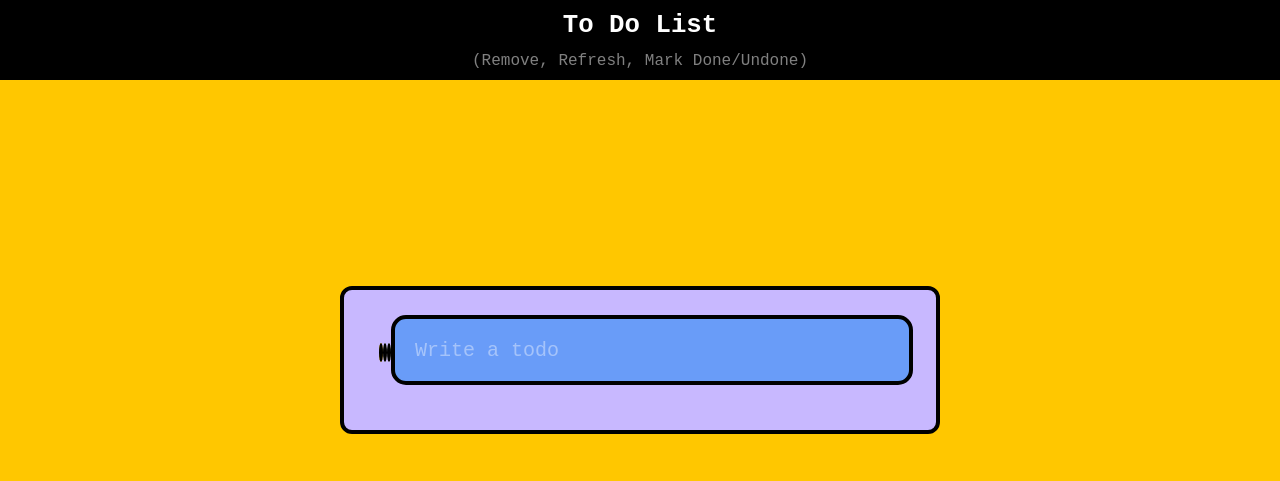
Repository: ThisIsSahaj/Js-Projects
Page: ToDoList/index.html
An editor plug-in stored every save of this project. The page is shown before and after the next save, followed by the edit.
The browser window is 1280 px wide. The pictures show the whole page.

Above is the page before, as saved 2024-04-24 09:55:33.

### ToDoList/index.html
<!DOCTYPE html>
<html lang="en">
<head>
    <meta charset="UTF-8">
    <meta http-equiv="X-UA-Compatible" content="IE=edge">
    <meta name="viewport" content="width=device-width, initial-scale=1.0">
    <title>To Do List</title>
    <link rel="stylesheet" href="style.css">
    <link rel="stylesheet" href="https://cdnjs.cloudflare.com/ajax/libs/font-awesome/6.0.0/css/all.min.css" integrity="sha512-9usAa10IRO0HhonpyAIVpjrylPvoDwiPUiKdWk5t3PyolY1cOd4DSE0Ga+ri4AuTroPR5aQvXU9xC6qOPnzFeg==" crossorigin="anonymous" referrerpolicy="no-referrer" />

</head>
<body>
    <div class="header">
       <h3>To Do List</h3>
        <p>(Remove, Refresh, Mark Done/Undone)</p>

    </div>
    <div class="box">
        <span style=" background-color: #FFC700; border: 2px solid black;"></span>
        <span style=" background-color: white; border: 2px solid black;" ></span>
        <span style=" background-color: white; border: 2px solid black;" ></span>
            <input type="text" placeholder="Write a todo" >
            <ul class="todoBox">

            </ul>

    </div>
</body>

<script src="script.js"></script>
</html>

### ToDoList/style.css
*{
    margin: 0;
    padding: 0;
    box-sizing: border-box;
    outline: none;
}

body{
    /* background-color: #000; */
    background-color: #FFC700;
    display: flex;
    flex-wrap: wrap;
    font-family: monospace;
}

.header{
    width: 100%;
    height: 80px;
    background-color: black;
    color: white;
    display: flex;
    flex-direction: column;
    align-items: center;
    justify-content: center;
    font-family: monospace;
    font-size: 22px;
    gap: 12px;
    /* border: 2px solid blue; */
}

.header p {
    color: grey;
    font-size: 16px;
}



.box{
    /* border: 2px solid red; */
    /* background-color: #C6B9FF;
    margin-top: 50px;
    width: 100%;
    display: flex;
    justify-content: center;
    align-items: center;
    flex-direction: column; */

    width: 600px;
    padding: 25px 35px;
    position: absolute;
    top: 50%;
    left: 50%;
    transform: translate(-50%,-50%);
    background-color: #C8B8FF;
    border: 4px solid black;
    color: black;
    border-radius: 12px;
    font-weight: bold;
}

.box span{
    border-radius: 50%;
    width: 160px;
    height: 160px;
    background-color: white;
}


input{
    width: 100%;
    height: 70px;
    border-radius: 15px;
    color: black;
    padding: 20px;
    font-size: 20px;
    font-family: monospace;
    background-color: #699CF8;
    border: 4px solid black;

}
::placeholder {
    color: white;
    opacity: 0.4;
  }


.todoBox{
    /* border: 2px solid red; */
    margin-top: 20px;
    list-style: none;
    width: 100%;
}



.todoBox li {
    position: relative;
    /* background-color: rgb(34, 34, 34); */
    background-color: white;
    color: black;
    /* box-shadow: 0px 3px 6px rgba(0, 0, 0, 0.05), 0px 8px 15px rgba(0, 0, 0, 0.1), 0 0 0 1px rgba(255, 255, 255, 0.1); */
    padding: 20px;
    border-radius: 15px;
    border: 3px solid black;



    /* transition: box-shadow 0.25s; */
    /* width: 100%; */
    /* height: 50px; */
    margin: 20px 0px;

    font-size: 16px;
    /* font-family: monospace; */
    padding-right: 45px;
    text-align: justify;
    user-select: none;

}

.todoBox li i {
    /* color: rgb(142, 142, 142); */
    color: #FF8477;
    -webkit-text-stroke: 0.5px #FF8477 ;
    position: absolute;
    right: 20px;
    cursor: pointer;
    /* top: 50%; */
    top: 20px;

}

.done{
    text-decoration: line-through;
    color: grey !important;

}

### ToDoList/script.js
const input = document.querySelector('input');
const todoBox = document.querySelector('.todoBox');



// ✅ LOCAL STORAGE
const updateLS = () => {
    const taskValue = document.querySelectorAll('li');

    const tasks = [];

    taskValue.forEach((curEle) => {
        return tasks.push(curEle.textContent.trim());
    });

    localStorage.setItem('tasks', JSON.stringify(tasks));
}




// ✅ ADD TASK
const addTask = (text) => {
    const task = document.createElement('li');

    const htmlData =
        ` <p>${text}</p>

          <i class="delete fa-regular fa-circle-xmark"></i> `
    task.insertAdjacentHTML('afterbegin', htmlData);
    todoBox.appendChild(task);


    // ✅ DELETE TASK
    const deleteBtn = task.querySelector('i');
    deleteBtn.addEventListener('click', ()=>{
    task.remove();
    updateLS();
    })


    // ✅ Mark a task DONE/UNDONE
    task.addEventListener('click', ()=>{
        task.classList.toggle('done');
    })
}





// ✅ GET THE INPUT
input.addEventListener('keyup', (event)=>{

    // to know which key is being pressed
   // console.log(event.key);

  if (event.key == 'Enter') {

    // to get the value written in input
    // console.log(input.value);

      addTask(input.value);
      updateLS();

      //to clear the value written in input after ENTER
      input.value = "";

    }
})






// ✅ GETTING DATA BACK FROM LOCAL SOTRAGE
const taskAvailable = JSON.parse(localStorage.getItem('tasks'));

if(taskAvailable)
{
    taskAvailable.forEach((curTask) =>
    {
        addTask(curTask);
    })};

After the next save:
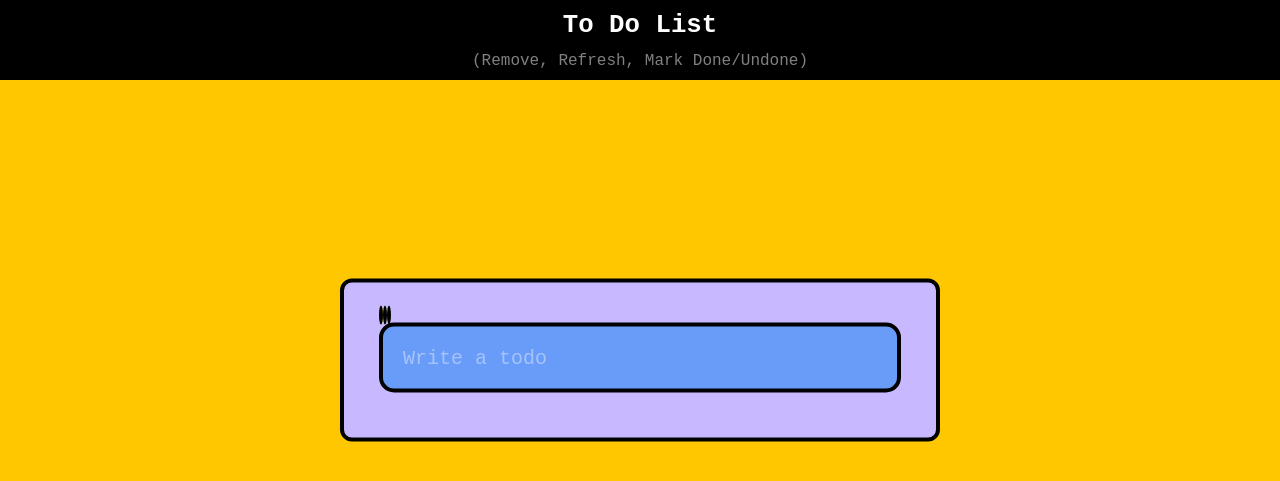
Saved 11 s later.
--- a/ToDoList/index.html
+++ b/ToDoList/index.html
@@ -16,9 +16,12 @@
 
     </div>
     <div class="box">
-        <span style=" background-color: #FFC700; border: 2px solid black;"></span>
-        <span style=" background-color: white; border: 2px solid black;" ></span>
-        <span style=" background-color: white; border: 2px solid black;" ></span>
+        <div class="ui">
+
+            <span style=" background-color: #FFC700; border: 2px solid black;"></span>
+            <span style=" background-color: white; border: 2px solid black;" ></span>
+            <span style=" background-color: white; border: 2px solid black;" ></span>
+        </div>
             <input type="text" placeholder="Write a todo" >
             <ul class="todoBox">
 
